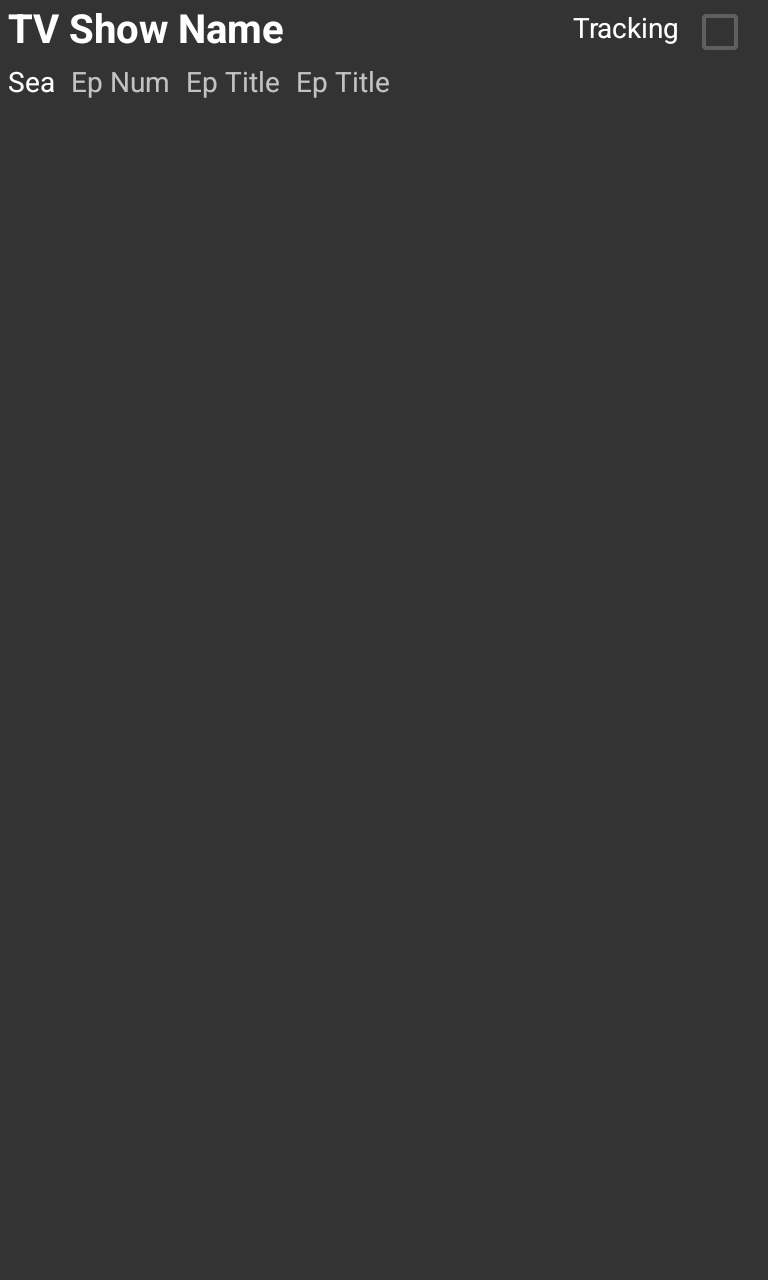
Repository: Jeedan/learning-android-apps
Layout: TvShowTracker/res/layout/list_item_tvshow.xml
These files come from the project's save history. The layout is drawn as it stood at one moment and after a run of saves; the edit follows.
It is drawn on a 768 x 1280 px phone screen (xhdpi) without system bars, with theme AppTheme; the app's code is not run. The app's manifest (not shown) leaves right-to-left support off. So textAlignment, textDirection and layoutDirection are ignored, and left and right values win over start and end ones.

Above is the layout before, as saved 2014-11-01 10:48:34.

### TvShowTracker/res/layout/list_item_tvshow.xml
<?xml version="1.0" encoding="utf-8"?>
<RelativeLayout xmlns:android="http://schemas.android.com/apk/res/android"
    android:layout_width="match_parent"
    android:layout_height="wrap_content" >

    <TextView
        android:id="@+id/tv_show_name_text_view"
        android:layout_width="match_parent"
        android:layout_height="wrap_content"
        android:textSize="20sp"
        android:textStyle="bold"
        android:paddingLeft="4dp"
        android:paddingRight="4dp"
        android:text="@string/tv_show_name"
        android:textColor="@android:color/background_light"/>

    <CheckBox android:id="@+id/tracked_tv_show_check_box"
        android:layout_width="wrap_content"
        android:layout_height="wrap_content"
        android:layout_alignParentRight="true"
        android:layout_alignParentEnd="true"
        android:padding="4dp"
        android:enabled="false"
        android:focusable="false"/>

    <TextView
        android:id="@+id/tracking_text_View"
        android:layout_width="wrap_content"
        android:layout_height="wrap_content"
        android:layout_toStartOf="@id/tracked_tv_show_check_box"
        android:layout_toLeftOf="@id/tracked_tv_show_check_box"
        android:paddingLeft="4dp"
        android:paddingRight="4dp"
        android:paddingTop="4dp"
 	    android:text="@string/tracking_text_check_box"
        android:textColor="@android:color/background_light"/>

	<TextView
        android:id="@+id/tv_show_season_text_view"
        android:layout_width="wrap_content"
        android:layout_height="wrap_content"
        android:paddingLeft="4dp"
        android:paddingRight="4dp"
        android:paddingTop="4dp"
        android:layout_below="@id/tv_show_name_text_view"
        android:text="@string/tv_show_season"
        android:textColor="@android:color/background_light"/>

	<TextView
        android:id="@+id/tv_show_episode_number_text_view"
        android:layout_width="wrap_content"
        android:layout_height="wrap_content"
        android:paddingLeft="4dp"
        android:paddingRight="4dp"
        android:paddingTop="4dp"
        android:layout_below="@id/tv_show_name_text_view"
        android:layout_toEndOf="@id/tv_show_season_text_view"
        android:layout_toRightOf="@id/tv_show_season_text_view"
        android:text="@string/tv_show_episode_number"/>

	<TextView
        android:id="@+id/tv_show_episode_text_view"
        android:layout_width="wrap_content"
        android:layout_height="wrap_content"
        android:paddingLeft="4dp"
        android:paddingRight="4dp"
        android:paddingTop="4dp"
        android:layout_below="@id/tv_show_name_text_view"
        android:layout_toEndOf="@id/tv_show_episode_number_text_view"
        android:layout_toRightOf="@id/tv_show_episode_number_text_view"
        android:text="@string/tv_show_episode_title"/>

	<TextView
        android:id="@+id/show_release_date"
        android:layout_width="wrap_content"
        android:layout_height="wrap_content"
        android:paddingLeft="4dp"
        android:paddingRight="4dp"
        android:paddingTop="4dp"
        android:layout_below="@id/tv_show_name_text_view"
        android:layout_toEndOf="@id/tv_show_episode_text_view"
        android:layout_toRightOf="@id/tv_show_episode_text_view"
        android:text="@string/tv_show_episode_title"/>

</RelativeLayout>

### TvShowTracker/res/values-v21/styles.xml
<resources>

    <!--
        Base application theme for API 14+. This theme completely replaces
        AppBaseTheme from BOTH res/values/styles.xml and
        res/values-v11/styles.xml on API 14+ devices.
    -->
    <style name="AppBaseTheme" parent="@android:style/Theme.Material">
        <!-- API 21 theme customizations can go here. -->
     	<!-- Main theme colors -->
	    <!--   your app branding color for the app bar (Action bar_)-->
	    <item name="android:colorPrimary">@color/primary</item>
	    <!--   darker variant for the status bar and contextual app bars -->
	    <item name="android:colorPrimaryDark">@color/primary_dark</item>
	    <!--   theme UI controls like checkboxes and text fields -->
	    <item name="android:colorAccent">@color/accent</item>
	    <!--   winow background -->
	    <item name="android:windowBackground">@color/windowBackground</item>
	    <!--   Text but don't know if it is for all texts -->
	    <item name="android:textColorPrimary">@color/textColorPrimary_Light</item>
    </style>

        <!-- Application theme. -->
    <style name="AppTheme" parent="AppBaseTheme">
        </style>
</resources>

### TvShowTracker/res/values/colors.xml
<?xml version="1.0" encoding="utf-8"?>
<resources>
    <color name="accent">#FF9D00</color>

    <!--  example: season + episode + release date info text under Show Name -->
    <color name="show_subtitle_text_view_color">#368ABF</color>

    <color name="textColorPrimary">#ffffff</color>
    <color name="textColorPrimary_Light">#666666</color>

    <color name="windowBackground">#333333</color>

    <color name="primary">#1a1a1a</color>
    <color name="primary_dark">#000000</color>

</resources>

### TvShowTracker/res/values/strings.xml
<?xml version="1.0" encoding="utf-8"?>
<resources>

    <string name="app_name">TvShowTracker</string>
    <string name="app_all_shows">All shows</string>
    <string name="app_calendar_title">Today\'s shows</string>
    <string name="action_settings">Settings</string>

    <string name="tv_show_name">TV Show Name</string>
    <string name="tv_show_season">Sea</string>
    <string name="tv_show_episode_number">Ep Num</string>
    <string name="tv_show_episode_title">Ep Title </string>
    <string name="tv_show_release_date">Release Date </string>


    <string name="empty_list">There are no TV Shows in this list.</string>


    <string name="tracking_text_check_box">Tracking</string>

</resources>

Loaded but not shown: TvShowTracker/res/values/styles.xml (common file); TvShowTracker/res/values-v11/styles.xml (common file)

After the next 3 saves:
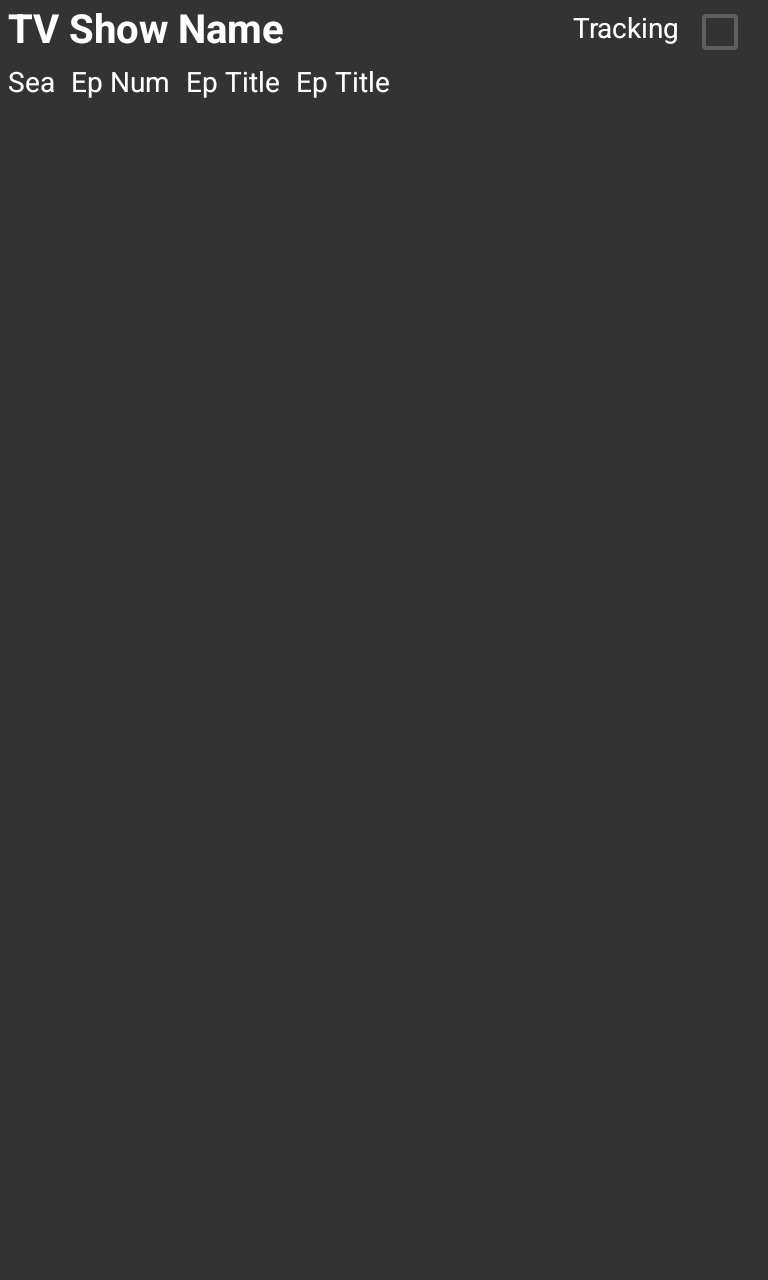
The 3 saves are shown as one change because they came seconds apart.
The last was saved 9 s later.
--- a/TvShowTracker/res/layout/list_item_tvshow.xml
+++ b/TvShowTracker/res/layout/list_item_tvshow.xml
@@ -56,7 +56,8 @@
         android:layout_below="@id/tv_show_name_text_view"
         android:layout_toEndOf="@id/tv_show_season_text_view"
         android:layout_toRightOf="@id/tv_show_season_text_view"
-        android:text="@string/tv_show_episode_number"/>
+        android:text="@string/tv_show_episode_number"
+        android:textColor="@android:color/background_light"/>
 
 	<TextView
         android:id="@+id/tv_show_episode_text_view"
@@ -68,7 +69,8 @@
         android:layout_below="@id/tv_show_name_text_view"
         android:layout_toEndOf="@id/tv_show_episode_number_text_view"
         android:layout_toRightOf="@id/tv_show_episode_number_text_view"
-        android:text="@string/tv_show_episode_title"/>
+        android:text="@string/tv_show_episode_title"
+        android:textColor="@android:color/background_light"/>
 
 	<TextView
         android:id="@+id/show_release_date"
@@ -80,6 +82,7 @@
         android:layout_below="@id/tv_show_name_text_view"
         android:layout_toEndOf="@id/tv_show_episode_text_view"
         android:layout_toRightOf="@id/tv_show_episode_text_view"
-        android:text="@string/tv_show_episode_title"/>
+        android:text="@string/tv_show_episode_title"
+        android:textColor="@android:color/background_light"/>
 
 </RelativeLayout>
